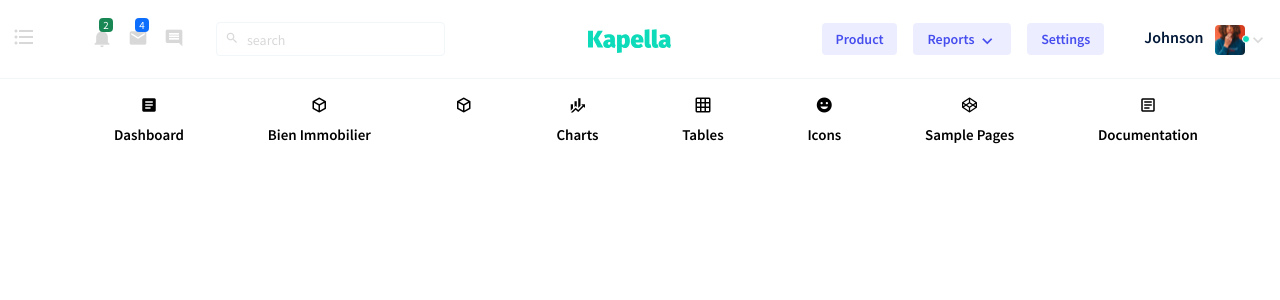
Repository: dimitri0004/Bien
Page: templates/base.html.twig
An editor plug-in stored every save of this project. The page is shown before and after the next save, followed by the edit.
The browser window is 1280 px wide. The pictures show the whole page.
The page is a Twig template of a Symfony application; nobody is signed in and links lead nowhere. The template is opened directly, without the code that normally fills it, so the values that code supplies are empty.

Above is the page before, as saved 2023-04-03 12:03:40.
Console error: TypeError: Cannot read properties of null (reading 'addEventListener')

### templates/base.html.twig
<!DOCTYPE html>
<html>
    <head>
        <meta charset="UTF-8">
        <meta name="viewport" content="width=device-width, initial-scale=1, shrink-to-fit=no">
        <title>{% block title %}Welcome!{% endblock %}</title>
        <link rel="icon" href="data:[embedded picture, 143 characters]">
        {# Run `composer require symfony/webpack-encore-bundle` to start using Symfony UX #}
        <!-- Required meta tags -->
        <!-- base:css -->




        {% block stylesheets %}
            <link rel="stylesheet" href="{{asset('vendors/base/vendor.bundle.base.css')}}">
            <link rel="stylesheet" href="{{asset('vendors/mdi/css/materialdesignicons.min.css')}}">
            <link rel="stylesheet" href="{{asset('css/style.css')}}">
            <link rel="shortcut icon" href="{{asset('images/favicon.png')}}" >

        {% endblock %}



        {% block javascripts %} {% endblock %}

        <script src="{{asset('vendors/base/vendor.bundle.base.js')}}" defer></script>
        <script src="{{asset('js/template.js')}}" defer></script>
        <script src="{{asset('vendors/chart.js/Chart.min.js')}}"defer></script>
        <script src="{{asset('vendors/progressbar.js/progressbar.min.js')}}"></script>
        <script src="{{asset('vendors/chartjs-plugin-datalabels/chartjs-plugin-datalabels.js')}}"defer></script>
        <script src="{{asset('vendors/justgage/raphael-2.1.4.min.js')}}"defer></script>
        <script src="{{asset('vendors/justgage/justgage.js')}}"defer></script>
        <script src="{{asset('js/jquery.cookie.js')}}" type="text/javascript" defer></script>
        <script src="{{asset('js/dashboard.js')}}" defer></script>



    </head>
    <body>
        {% include "_partiels/nav.html.twig" %}
        {% block body %}

        {% endblock %}
    </body>
</html>

### templates/_partiels/nav.html.twig

<div class="container-scroller">
    <div class="row p-0 m-0 proBanner" id="proBanner">
        <div class="col-md-12 p-0 m-0">

        </div>
    </div>
<!-- partial:partials/_horizontal-navbar.html -->
<div class="horizontal-menu">
<nav class="navbar top-navbar col-lg-12 col-12 p-0">
<div class="container-fluid">
<div class="navbar-menu-wrapper d-flex align-items-center justify-content-between">
<ul class="navbar-nav navbar-nav-left">
  <li class="nav-item ms-0 me-5 d-lg-flex d-none">
    <a href="#" class="nav-link horizontal-nav-left-menu"><i class="mdi mdi-format-list-bulleted"></i></a>
  </li>
  <li class="nav-item dropdown">
    <a class="nav-link count-indicator dropdown-toggle d-flex align-items-center justify-content-center" id="notificationDropdown" href="#" data-bs-toggle="dropdown">
      <i class="mdi mdi-bell mx-0"></i>
      <span class="count bg-success">2</span>
    </a>
    <div class="dropdown-menu dropdown-menu-right navbar-dropdown preview-list" aria-labelledby="notificationDropdown">
      <p class="mb-0 font-weight-normal float-left dropdown-header">Notifications</p>
      <a class="dropdown-item preview-item">
        <div class="preview-thumbnail">
            <div class="preview-icon bg-success">
              <i class="mdi mdi-information mx-0"></i>
            </div>
        </div>
        <div class="preview-item-content">
            <h6 class="preview-subject font-weight-normal">Application Error</h6>
            <p class="font-weight-light small-text mb-0 text-muted">
              Just now
            </p>
        </div>
      </a>
      <a class="dropdown-item preview-item">
        <div class="preview-thumbnail">
            <div class="preview-icon bg-warning">
              <i class="mdi mdi-settings mx-0"></i>
            </div>
        </div>
        <div class="preview-item-content">
            <h6 class="preview-subject font-weight-normal">Settings</h6>
            <p class="font-weight-light small-text mb-0 text-muted">
              Private message
            </p>
        </div>
      </a>
      <a class="dropdown-item preview-item">
        <div class="preview-thumbnail">
            <div class="preview-icon bg-info">
              <i class="mdi mdi-account-box mx-0"></i>
            </div>
        </div>
        <div class="preview-item-content">
            <h6 class="preview-subject font-weight-normal">New user registration</h6>
            <p class="font-weight-light small-text mb-0 text-muted">
              2 days ago
            </p>
        </div>
      </a>
    </div>
  </li>
  <li class="nav-item dropdown">
    <a class="nav-link count-indicator dropdown-toggle d-flex justify-content-center align-items-center" id="messageDropdown" href="#" data-bs-toggle="dropdown">
      <i class="mdi mdi-email mx-0"></i>
      <span class="count bg-primary">4</span>
    </a>
    <div class="dropdown-menu dropdown-menu-right navbar-dropdown preview-list" aria-labelledby="messageDropdown">
      <p class="mb-0 font-weight-normal float-left dropdown-header">Messages</p>
      <a class="dropdown-item preview-item">
        <div class="preview-thumbnail">
            <img src="images/faces/face4.jpg" alt="image" class="profile-pic">
        </div>
        <div class="preview-item-content flex-grow">
            <h6 class="preview-subject ellipsis font-weight-normal">David Grey
            </h6>
            <p class="font-weight-light small-text text-muted mb-0">
              The meeting is cancelled
            </p>
        </div>
      </a>
      <a class="dropdown-item preview-item">
        <div class="preview-thumbnail">
            <img src="images/faces/face2.jpg" alt="image" class="profile-pic">
        </div>
        <div class="preview-item-content flex-grow">
            <h6 class="preview-subject ellipsis font-weight-normal">Tim Cook
            </h6>
            <p class="font-weight-light small-text text-muted mb-0">
              New product launch
            </p>
        </div>
      </a>
      <a class="dropdown-item preview-item">
        <div class="preview-thumbnail">
            <img src="images/faces/face3.jpg" alt="image" class="profile-pic">
        </div>
        <div class="preview-item-content flex-grow">
            <h6 class="preview-subject ellipsis font-weight-normal"> Johnson
            </h6>
            <p class="font-weight-light small-text text-muted mb-0">
              Upcoming board meeting
            </p>
        </div>
      </a>
    </div>
  </li>
  <li class="nav-item dropdown">
    <a href="#" class="nav-link count-indicator "><i class="mdi mdi-message-reply-text"></i></a>
  </li>
  <li class="nav-item nav-search d-none d-lg-block ms-3">
    <div class="input-group">
        <div class="input-group-prepend">
          <span class="input-group-text" id="search">
            <i class="mdi mdi-magnify"></i>
          </span>
        </div>
        <input type="text" class="form-control" placeholder="search" aria-label="search" aria-describedby="search">
    </div>
  </li>
</ul>
<div class="text-center navbar-brand-wrapper d-flex align-items-center justify-content-center">
    <a class="navbar-brand brand-logo" href="index.html"><img src="images/logo.svg" alt="logo"/></a>
    <a class="navbar-brand brand-logo-mini" href="index.html"><img src="images/logo-mini.svg" alt="logo"/></a>
</div>
<ul class="navbar-nav navbar-nav-right">
    <li class="nav-item dropdown  d-lg-flex d-none">
      <button type="button" class="btn btn-inverse-primary btn-sm">Product </button>
    </li>
    <li class="nav-item dropdown d-lg-flex d-none">
      <a class="dropdown-toggle show-dropdown-arrow btn btn-inverse-primary btn-sm" id="nreportDropdown" href="#" data-bs-toggle="dropdown">
      Reports
      </a>
      <div class="dropdown-menu dropdown-menu-right navbar-dropdown preview-list" aria-labelledby="nreportDropdown">
          <p class="mb-0 font-weight-medium float-left dropdown-header">Reports</p>
          <a class="dropdown-item">
            <i class="mdi mdi-file-pdf text-primary"></i>
            Pdf
          </a>
          <a class="dropdown-item">
            <i class="mdi mdi-file-excel text-primary"></i>
            Exel
          </a>
      </div>
    </li>
    <li class="nav-item dropdown d-lg-flex d-none">
      <button type="button" class="btn btn-inverse-primary btn-sm">Settings</button>
    </li>
    <li class="nav-item nav-profile dropdown">
      <a class="nav-link dropdown-toggle" href="#" data-bs-toggle="dropdown" id="profileDropdown">
        <span class="nav-profile-name">Johnson</span>
        <span class="online-status"></span>
        <img src="images/faces/face28.png" alt="profile"/>
      </a>
      <div class="dropdown-menu dropdown-menu-right navbar-dropdown" aria-labelledby="profileDropdown">
          <a class="dropdown-item">
            <i class="mdi mdi-settings text-primary"></i>
            Settings
          </a>
          <a class="dropdown-item">
            <i class="mdi mdi-logout text-primary"></i>
            Logout
          </a>
      </div>
    </li>
</ul>
<button class="navbar-toggler navbar-toggler-right d-lg-none align-self-center" type="button" data-toggle="horizontal-menu-toggle">
  <span class="mdi mdi-menu"></span>
</button>
</div>
</div>
</nav>
<nav class="bottom-navbar">
<div class="container">
<ul class="nav page-navigation">
  <li class="nav-item">
    <a class="nav-link" href="index.html">
      <i class="mdi mdi-file-document-box menu-icon"></i>
      <span class="menu-title">Dashboard</span>
    </a>
  </li>
  <li class="nav-item">
      <a href="#" class="nav-link">
        <i class="mdi mdi-cube-outline menu-icon"></i>
        <span class="menu-title">Bien Immobilier</span>
        <i class="menu-arrow"></i>
      </a>
      <div class="submenu">
          <ul>
              <li class="nav-item"><a class="nav-link" href="pages/ui-features/buttons.html">Ajouter</a></li>
              <li class="nav-item"><a class="nav-link" href="pages/ui-features/typography.html">Lister</a></li>
              <li class="nav-item"><a class="nav-link" href="pages/ui-features/typography.html">Afficher</a></li>
          </ul>
      </div>
  </li>
  <li class="nav-item">
      <a href="pages/forms/basic_elements.html" class="nav-link">
        <i class="mdi mdi-cube-outline menu-icon"></i>
        <span class="menu-title"></span>
        <i class="menu-arrow"></i>
      </a>
  </li>
  <li class="nav-item">
      <a href="pages/charts/chartjs.html" class="nav-link">
        <i class="mdi mdi-finance menu-icon"></i>
        <span class="menu-title">Charts</span>
        <i class="menu-arrow"></i>
      </a>
  </li>
  <li class="nav-item">
      <a href="pages/tables/basic-table.html" class="nav-link">
        <i class="mdi mdi-grid menu-icon"></i>
        <span class="menu-title">Tables</span>
        <i class="menu-arrow"></i>
      </a>
  </li>
  <li class="nav-item">
      <a href="pages/icons/mdi.html" class="nav-link">
        <i class="mdi mdi-emoticon menu-icon"></i>
        <span class="menu-title">Icons</span>
        <i class="menu-arrow"></i>
      </a>
  </li>
  <li class="nav-item">
      <a href="#" class="nav-link">
        <i class="mdi mdi-codepen menu-icon"></i>
        <span class="menu-title">Sample Pages</span>
        <i class="menu-arrow"></i>
      </a>
      <div class="submenu">
          <ul class="submenu-item">
              <li class="nav-item"><a class="nav-link" href="pages/samples/login.html">Login</a></li>
              <li class="nav-item"><a class="nav-link" href="pages/samples/login-2.html">Login 2</a></li>
              <li class="nav-item"><a class="nav-link" href="pages/samples/register.html">Register</a></li>
              <li class="nav-item"><a class="nav-link" href="pages/samples/register-2.html">Register 2</a></li>
              <li class="nav-item"><a class="nav-link" href="pages/samples/lock-screen.html">Lockscreen</a></li>
          </ul>
      </div>
  </li>
  <li class="nav-item">
      <a href="docs/documentation.html" class="nav-link">
        <i class="mdi mdi-file-document-box-outline menu-icon"></i>
        <span class="menu-title">Documentation</span></a>
  </li>
</ul>
</div>
</nav>
</div>

### public/js/template.js
(function($) {
  'use strict';
  $(function() {
    var body = $('body');
    var contentWrapper = $('.content-wrapper');
    var scroller = $('.container-scroller');
    var footer = $('.footer');
    var sidebar = $('.sidebar');

    //Add active class to nav-link based on url dynamically
    //Active class can be hard coded directly in html file also as required

    function addActiveClass(element) {
      if (current === "") {
        //for root url
        if (element.attr('href').indexOf("index.html") !== -1) {
          element.parents('.nav-item').last().addClass('active');
          if (element.parents('.sub-menu').length) {
            element.closest('.collapse').addClass('show');
            element.addClass('active');
          }
        }
      } else {
        //for other url
        if (element.attr('href').indexOf(current) !== -1) {
          element.parents('.nav-item').last().addClass('active');
          if (element.parents('.sub-menu').length) {
            element.closest('.collapse').addClass('show');
            element.addClass('active');
          }
          if (element.parents('.submenu-item').length) {
            element.addClass('active');
          }
        }
      }
    }

    var current = location.pathname.split("/").slice(-1)[0].replace(/^\/|\/$/g, '');
    $('.nav li a', sidebar).each(function() {
      var $this = $(this);
      addActiveClass($this);
    })

    $('.horizontal-menu .nav li a').each(function() {
      var $this = $(this);
      addActiveClass($this);
    })

    //Close other submenu in sidebar on opening any

    sidebar.on('show.bs.collapse', '.collapse', function() {
      sidebar.find('.collapse.show').collapse('hide');
    });


    //Change sidebar and content-wrapper height
    applyStyles();

    function applyStyles() {
      //Applying perfect scrollbar
      if (!body.hasClass("rtl")) {
        if ($('.settings-panel .tab-content .tab-pane.scroll-wrapper').length) {
          const settingsPanelScroll = new PerfectScrollbar('.settings-panel .tab-content .tab-pane.scroll-wrapper');
        }
        if ($('.chats').length) {
          const chatsScroll = new PerfectScrollbar('.chats');
        }
        if (body.hasClass("sidebar-fixed")) {
          if($('#sidebar').length) {
            var fixedSidebarScroll = new PerfectScrollbar('#sidebar .nav');
          }
        }
      }
    }

    $('[data-toggle="minimize"]').on("click", function() {
      if ((body.hasClass('sidebar-toggle-display')) || (body.hasClass('sidebar-absolute'))) {
        body.toggleClass('sidebar-hidden');
      } else {
        body.toggleClass('sidebar-icon-only');
      }
    });

    //checkbox and radios
    $(".form-check label,.form-radio label").append('<i class="input-helper"></i>');

    //Horizontal menu in mobile
    $('[data-toggle="horizontal-menu-toggle"]').on("click", function() {
      $(".horizontal-menu .bottom-navbar").toggleClass("header-toggled");
    });
    // Horizontal menu navigation in mobile menu on click
    var navItemClicked = $('.horizontal-menu .page-navigation >.nav-item');
    navItemClicked.on("click", function(event) {
      if(window.matchMedia('(max-width: 991px)').matches) {
        if(!($(this).hasClass('show-submenu'))) {
          navItemClicked.removeClass('show-submenu');
        }
        $(this).toggleClass('show-submenu');
      }
    })

    $(window).scroll(function() {
      if(window.matchMedia('(min-width: 992px)').matches) {
        var header = $('.horizontal-menu');
        if ($(window).scrollTop() >= 70) {
          $(header).addClass('fixed-on-scroll');
        } else {
          $(header).removeClass('fixed-on-scroll');
        }
      }
    });
    if ($.cookie('kapella-free-banner')!="true") {
      document.querySelector('#proBanner').classList.add('d-flex');
    }
    else {
      document.querySelector('#proBanner').classList.add('d-none');
    }
    document.querySelector('#bannerClose').addEventListener('click',function() {
      document.querySelector('#proBanner').classList.add('d-none');
      document.querySelector('#proBanner').classList.remove('d-flex');
      var date = new Date();
      date.setTime(date.getTime() + 24 * 60 * 60 * 1000);
      $.cookie('kapella-free-banner', "true", { expires: date });
    });
  });
})(jQuery);

Loaded but not shown: public/vendors/base/vendor.bundle.base.css (common file); public/vendors/mdi/css/materialdesignicons.min.css (library); public/css/style.css (library); public/vendors/progressbar.js/progressbar.min.js (library); public/vendors/base/vendor.bundle.base.js (library); public/vendors/chart.js/Chart.min.js (library); public/vendors/chartjs-plugin-datalabels/chartjs-plugin-datalabels.js (library); public/vendors/justgage/raphael-2.1.4.min.js (library); public/vendors/justgage/justgage.js (library); public/js/jquery.cookie.js (library); public/images/logo.svg (3 lines, source omitted); public/images/logo-mini.svg (12 lines, source omitted); public/js/dashboard.js (1172 lines, source omitted)

After the next save:
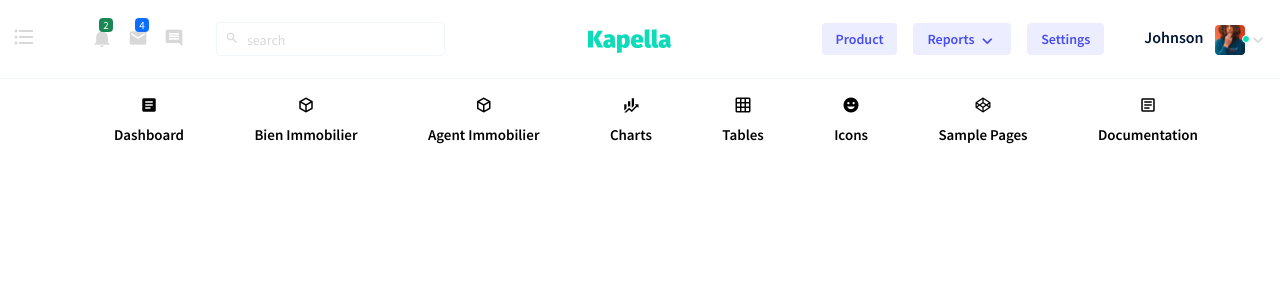
Saved 95 s later.
--- a/templates/_partiels/nav.html.twig
+++ b/templates/_partiels/nav.html.twig
@@ -198,7 +198,7 @@
   <li class="nav-item">
       <a href="pages/forms/basic_elements.html" class="nav-link">
         <i class="mdi mdi-cube-outline menu-icon"></i>
-        <span class="menu-title"></span>
+        <span class="menu-title">Agent Immobilier</span>
         <i class="menu-arrow"></i>
       </a>
   </li>
